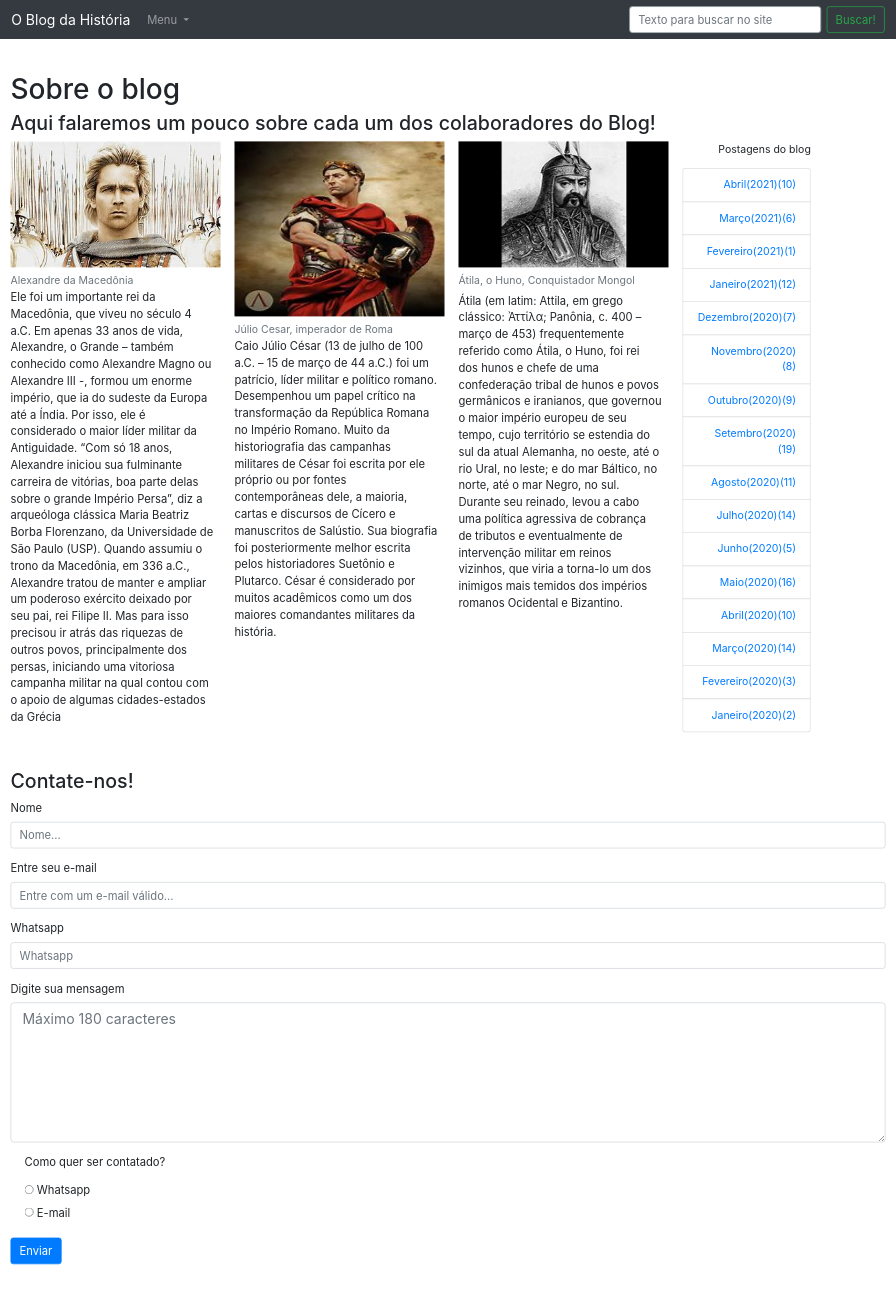
Repository: xhenrique/blog_layout_bootstrap
Page: source/sobre.html
The author's editor kept a copy of each file at every save. The page is drawn from the files as they stood at one save, then again after the next save.
The browser window is 1280 px wide. The pictures show the whole page, at 70% of full size.

Above is the page before, as saved 2021-04-25 03:13:50.

After the next save:
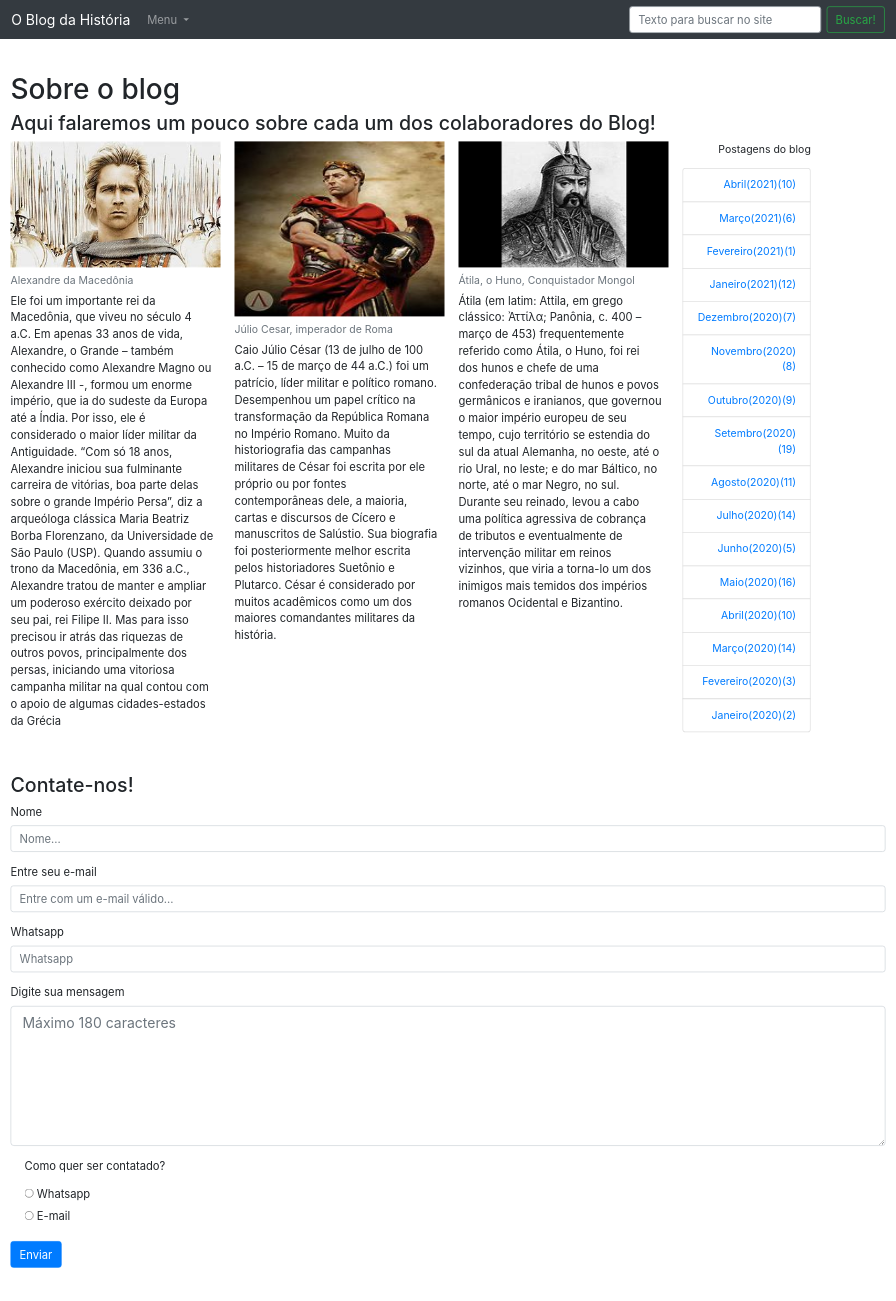
Saved 14 s later.
--- a/source/sobre.html
+++ b/source/sobre.html
@@ -53,14 +53,14 @@
         <div class="row d-flex">
             <div class="col-md-3">
                 <img class="figure-img" src="../img/alexandre.jpg" alt="Xandão"  style="height: 180px; width: 300px">
-                <figcaption class="figure-caption" style="font-size: 15px;">
+                <figcaption class="figure-caption" style="font-size: 15px; margin-bottom: 5px;">
                     Alexandre da Macedônia
                 </figcaption>
                 <p>Ele foi um importante rei da Macedônia, que viveu no século 4 a.C. Em apenas 33 anos de vida, Alexandre, o Grande – também conhecido como Alexandre Magno ou Alexandre III -, formou um enorme império, que ia do sudeste da Europa até a Índia. Por isso, ele é considerado o maior líder militar da Antiguidade. “Com só 18 anos, Alexandre iniciou sua fulminante carreira de vitórias, boa parte delas sobre o grande Império Persa”, diz a arqueóloga clássica Maria Beatriz Borba Florenzano, da Universidade de São Paulo (USP). Quando assumiu o trono da Macedônia, em 336 a.C., Alexandre tratou de manter e ampliar um poderoso exército deixado por seu pai, rei Filipe II. Mas para isso precisou ir atrás das riquezas de outros povos, principalmente dos persas, iniciando uma vitoriosa campanha militar na qual contou com o apoio de algumas cidades-estados da Grécia</p>
             </div>
             <div class="col-md-3">
                 <img class="figure-img" src="../img/th.jfif" alt="imperador" style="height: 250px; width: 300px">
-                <figcaption class="figure-caption" style="font-size: 15px;">
+                <figcaption class="figure-caption" style="font-size: 15px; margin-bottom: 5px;">
                     Júlio Cesar, imperador de Roma
                 </figcaption>
                 <p>Caio Júlio César (13 de julho de 100 a.C. – 15 de março de 44 a.C.) foi um patrício, líder militar e político romano. Desempenhou um papel crítico na transformação da República Romana no Império Romano. Muito da historiografia das campanhas militares de César foi escrita por ele próprio ou por fontes contemporâneas dele, a maioria, cartas e discursos de Cícero e manuscritos de Salústio. Sua biografia foi posteriormente melhor escrita pelos historiadores Suetônio e Plutarco. César é considerado por muitos acadêmicos como um dos maiores comandantes militares da história.</p>
